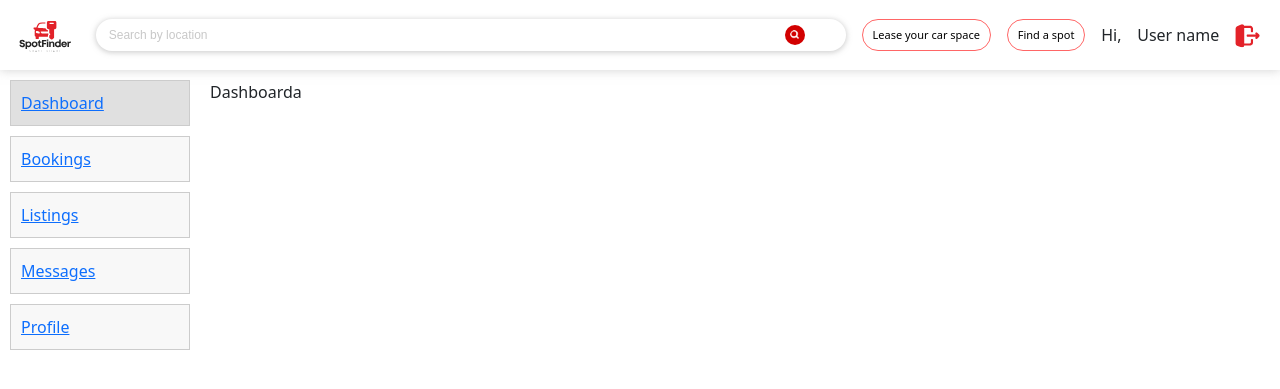
Repository: UNSWSpotFinder/SpotFinder
Page: /dashboard (app in frontend/)
The author's editor kept a copy of each file at every save. The page is drawn from the files as they stood at one save, then again after the next save.
The browser window is 1280 px wide. The pictures show the whole page.
The project was rebuilt for these pictures with package versions that can differ from the ones it lists, and the page was loaded fresh each time. Also part of the build but not shown: frontend/src/Login.css, frontend/src/Login.jsx, frontend/src/Regist.css, frontend/src/Regist.jsx, frontend/src/HomePage.jsx, frontend/src/App.css, frontend/src/components/Bookings.jsx, frontend/src/components/Listings.jsx and 2 more.

Above is the page before, as saved 2024-03-09 20:20:04.

### frontend/src/App.jsx
import logo from './logo.svg';
import React, {
  useState,
  useEffect,
  useRef,
  ChangeEvent,
  LabelHTMLAttributes,
  createContext,
  useContext,
  ReactNode,
} from 'react';
import {HomePageLarge,HomePageAdminSmall,HomePageAdminLarge,HomePageSmall} from './HomePage';
import { ErrorProvider, GlobalSnackbar, ErrorContext } from './API';
import { BrowserRouter, Routes, Route, Link } from 'react-router-dom';
import './App.css';

// 导入Dashboard相关页面组件
import DashboardTop from './components/DashboardTop';
import Dashboard from './components/Dashboard';
import Bookings from './components/Bookings';
import Listings from './components/Listings';
import Profile from './components/Profile';
import Messages from './components/Messages';

function App() {
  const [windowWidth, setWindowWidth] = useState(window.innerWidth);
  useEffect(() => {
    // 添加一个事件监听器，以便在窗口大小改变时更新windowWidth状态
    const handleResize = () => {
      setWindowWidth(window.innerWidth);
    };
    window.addEventListener('resize', handleResize);
    // 清除事件监听器以避免内存泄漏
    return () => {
      window.removeEventListener('resize', handleResize);
    };
  }, []);
  let layoutComponentHost;
  let LayoutComponentHome;
  let LayoutDetail;
  if (windowWidth > 760) {
    layoutComponentHost = null;
    LayoutComponentHome = <HomePageLarge/>;
    LayoutDetail = null;
  } else {
    layoutComponentHost = null;
    LayoutComponentHome = <HomePageSmall/>;;
    LayoutDetail = null;
  }
  return(
    <ErrorProvider>
      <GlobalSnackbar/>
        <BrowserRouter>
          <Routes>
            <Route path="/user/*" element={LayoutComponentHome} />
            {/* DashboardTop作为父路由 */}
            <Route path="/dashboard" element={<DashboardTop />}>
            <Route index element={<Dashboard />} />
            <Route path="bookings" element={<Bookings />} />
            <Route path="listings" element={<Listings />} />
            <Route path="messages" element={<Messages />} />
            <Route path="profile" element={<Profile />} />
          </Route>
            {/* Keep the wildcard route to catch all and render Home */}
            <Route path="/*" element={LayoutComponentHome} />
          </Routes>
        </BrowserRouter>
    </ErrorProvider>
  )
}

export default App;

### frontend/src/API.jsx
import Alert from '@mui/material/Alert';
import Snackbar from '@mui/material/Snackbar';
import Button from '@mui/material/Button';
import Stack from '@mui/material/Stack';
import React, { useState, useEffect, createContext,useContext } from 'react';

import { styled } from '@mui/material';
const port = '8080';
export const meetErrorLog = (error) => {
    console.log(error);
    let errorText = '';
    // switch case to show the error
    switch (error) {
      case 'info':
        errorText = 'Invalid username or password !';
        break;
      case 'access':
        errorText = 'No permission, please log in first!';
        break;
      default:
        errorText = 'Network error! Please try again.';
        break;
    }
    return errorText;
  };
export const ErrorContext = createContext({
    snackbarData: { severity: 'info', message: '1',timestamp: new Date().getTime()},
    setOpenSnackbar: () => {}, // 提供一个空函数避免调用时出错
  });
export const useError = () => useContext(ErrorContext);
export const ErrorProvider = ({ children }) => {
  const [snackbarData, setSnackbarData] = useState({
    severity: 'success',
    message: '',
    timestamp: new Date().getTime()
  });
  const setOpenSnackbar = (data) => {
    setSnackbarData(data);
  };
  return (
    <ErrorContext.Provider value={{snackbarData,setOpenSnackbar}}>
      {children}
    </ErrorContext.Provider>
  );
};
// The message to be displayed in the Snackbar
export const GlobalSnackbar = () => {
const { snackbarData, setOpenSnackbar } = useError();
// State to manage the visibility of the Snackbar
const [open, setOpen] = useState(false);
  useEffect(() => {
    console.log('Alert severity:', snackbarData.severity);
    console.log('Alert :', snackbarData.message);
    if (snackbarData.message) {
      setOpen(true);
    }
  }, [snackbarData.message, snackbarData.timestamp]);

  const handleClose = (event, reason) => {
    if (reason === 'clickaway') {
      return;
    }
    setOpen(false);
  };

return (
    // Snackbar component with automatic hiding and custom styling
    <Snackbar open={open} autoHideDuration={6000} onClose={handleClose}>
        <Alert onClose={handleClose} severity={snackbarData.severity}>
        {snackbarData.message}
        </Alert>
  </Snackbar>
);
};
export const callAPIsendEmailCode = (path,input)=>{
    return new Promise((resolve, reject) =>{
        fetch('http://localhost:'+String(port)+'/'+String(path),{
        method:'POST',
        headers: { 'Content-Type': 'application/json' },
        body:JSON.stringify(input),
        })
        .then((response)=>{
            if(response.ok){
                console.log('success');
                console.log(response);
                return resolve(response);
            }
            else if (response.status===400){
                const errorReason = 'Email not correct!';
                return reject(errorReason);
            }
            else{
                const errorReason = 'There is a problem with the network connection!';
                return reject(errorReason);
            }
        })
        .catch((error)=>{
            console.log(error);
        })
    })

}
export const callAPIverifyEmailCode = (path,input)=>{
    return new Promise((resolve, reject) =>{
        console.log(input);
        console.log('http://localhost:'+String(port)+'/'+String(path));
        fetch('http://localhost:'+String(port)+'/'+String(path),{
        method:'POST',
        headers: { 'Content-Type': 'application/json' },
        body:JSON.stringify(input),
        })
        .then((response)=>{
            if(response.ok){
                console.log('success');
                return resolve(response.json());
            }
            else if (response.status===400){
                const errorReason = 'Incorrect verification code.';
                return reject(errorReason);
            }
            else{
                const errorReason = 'There is a problem with the network connection!';
                return reject(errorReason);
            }
        })
        .catch((error)=>{
            console.log(error);
        })
    })

}
export const callAPIloginUser=(path,input)=>{

}
// 用户注册
export const callAPIRegistUser=(path,input)=>{
     return new Promise((resolve, reject) =>{
        console.log(input);
        console.log('http://localhost:'+String(port)+'/'+String(path));
        fetch('http://localhost:'+String(port)+'/'+String(path),{
        method:'POST',
        headers: { 'Content-Type': 'application/json' },
        body:JSON.stringify(input),
        })
        .then((response)=>{
            if(response.ok){
                console.log('success');
                return resolve(response.json());
            }
            else if (response.status===417){
                const errorReason = 'This email has been registed!';
                return reject(errorReason);
            }
            else{
                const errorReason = 'There is a problem with the network connection!';
                return reject(errorReason);
            }
        })
        .catch((error)=>{
            console.log(error);
        })
    })
}
// 用户登录
export const callAPILoginUser=(path,input)=>{
    return new Promise((resolve, reject) =>{
       console.log(input);
       console.log('http://localhost:'+String(port)+'/'+String(path));
       fetch('http://localhost:'+String(port)+'/'+String(path),{
       method:'POST',
       headers: { 'Content-Type': 'application/json' },
       body:JSON.stringify(input),
       })
       .then((response)=>{
           if(response.ok){
               console.log('success');
               return resolve(response.json());
           }
           else if (response.status===401){
               const errorReason = 'Username does not exist or password is incorrect!';
               return reject(errorReason);
           }
           else{
               const errorReason = 'There is a problem with the network connection!';
               return reject(errorReason);
           }
       })
       .catch((error)=>{
           console.log(error);
       })
   })
}
// 密码修改
export const callAPIResetPwdUser=(path,input)=>{
    return new Promise((resolve, reject) =>{
       console.log(input);
       console.log('http://localhost:'+String(port)+'/'+String(path));
       fetch('http://localhost:'+String(port)+'/'+String(path),{
       method:'POST',
       headers: { 'Content-Type': 'application/json' },
       body:JSON.stringify(input),
       })
       .then((response)=>{
           if(response.ok){
               console.log('success');
               return resolve(response.json());
           }
           else if (response.status===401){
               const errorReason = 'Username does not exist or password is incorrect!';
               return reject(errorReason);
           }
           else{
               const errorReason = 'There is a problem with the network connection!';
               return reject(errorReason);
           }
       })
       .catch((error)=>{
           console.log(error);
       })
   })
}

### frontend/src/components/DashboardTop.jsx
import React from 'react';
import { NavLink, Outlet } from 'react-router-dom';
import './DashboardTop.css';
import '../HomePage.css';

const DashboardTop = () => {
  return (
    <div className="dashboard-top">
      <div className="Navbar">
        {/* Logo图像 */}
        <img src='/img/LOGO.svg' className='Applogo'></img>
        {/* 搜索区域 */}
        <div className='SearchPart'>
          <img className='searchbtn' src='/img/search.png'></img>
          <input className='Searchbar' placeholder='Search by location'></input>
        </div>
        <button className='top-button'>Lease your car space</button>
        <button className='top-button'>Find a spot</button>
        <span>Hi, </span>
        <span>User name </span>
        <button className="button-with-image">
          <img src='/img/SignOut.svg' alt='Sign Out' className='sign-out-img' />
        </button>
      </div>

      {/* Top以下区域 */}
      <div className="content-area">
        {/* 侧边栏 */}
        <div className="side-nav">
          <NavLink to="/dashboard" className={({ isActive }) => isActive ? 'side-nav-spcific active' : 'side-nav-spcific'}>Dashboard</NavLink>
          <NavLink to="/dashboard/bookings" className={({ isActive }) => isActive ? 'side-nav-spcific active' : 'side-nav-spcific'}>Bookings</NavLink>
          <NavLink to="/dashboard/listings" className={({ isActive }) => isActive ? 'side-nav-spcific active' : 'side-nav-spcific'}>Listings</NavLink>
          <NavLink to="/dashboard/messages" className={({ isActive }) => isActive ? 'side-nav-spcific active' : 'side-nav-spcific'}>Messages</NavLink>
          <NavLink to="/dashboard/profile" className={({ isActive }) => isActive ? 'side-nav-spcific active' : 'side-nav-spcific'}>Profile</NavLink>

        </div>
        {/* 主要内容区域 */}
        <div className="main-content">
          <Outlet />
        </div>
      </div>
    </div>
  );
};

export default DashboardTop;

### frontend/src/components/Dashboard.jsx
import React from 'react';
import DashboardTop from './DashboardTop';

const Dashboard = () => {
  // 组件的状态和逻辑

  return (
    <div className='Dashboard'>
      {/* 组件的JSX结构 */}
      Dashboarda
    </div>
  );
}

export default Dashboard;

### frontend/src/HomePage.css
.HomeOverall {
    width: 100%;
    height: 100%;
    margin: 0px;
    padding: 0px;
    display: flex;
    flex-direction: column;
    align-items: center;
}
div.Navbar{
    width: 100%;
    height: 70px;
    margin: 0px 0px 0px 0px;
    padding: 0px 10px 0px 0px;
    display: flex;
    align-items: center;
    justify-content: space-between;
    box-shadow: 0px 0px 10px 0px rgba(164, 164, 164, 0.5);
}
div.SearchPart{
    width: calc(100% - 520px);
    min-width: 200px;
    height: 100%;
    margin: 0px;
    padding: 0px;
    display: flex;
    justify-content: center;
    align-items: center;
    align-content: center;
    flex-direction: row;
}
div.SearchPartsmall{
    width: calc(100% - 320px);
    height: 100%;
    margin: 0px;
    padding: 0px;
    display: flex;
    justify-content: center;
    align-items: center;
    align-content: center;
    flex-direction: row;
}
input.Searchbar{
    width: 100%;
    border-radius: 25px;
    padding-left: 13px;
    height: 45%;
    border: 0px;
    transition: box-shadow 0.3s;
    box-shadow: 0px 1px 5px 1px rgba(170, 170, 170, 0.5);
    position: relative;
    font-size: 12px;
    font-family:Arial, Helvetica, sans-serif;
}
input.Searchbar::placeholder{
    color: rgb(200, 200, 200);
}
img.searchbtn{
    border-radius: 20px;
    width: 20px;
    height: 20px;
    margin: 0px 0px 0px 10px;
    padding: 5px;
    right: 475px;
    position: absolute;
    z-index: 1;
    background-color: rgb(210, 0, 0);
    cursor: pointer;
}
img.searchbtnsmall{
    border-radius: 20px;
    width: 20px;
    height: 20px;
    margin: 0px;
    padding: 5px;
    right: 260px;
    position: absolute;
    z-index: 1;
    background-color: rgb(210, 0, 0);
    cursor: pointer;
}
input.Searchbar:hover{
    box-shadow: 0px 1px 10px 1px rgba(164, 164, 164, 0.5);
}
img.searchbtn:hover + .Searchbar {
    box-shadow: 0px 1px 10px 1px rgba(164, 164, 164, 0.5);
}
img.searchbtnsmall:hover + .Searchbar {
    box-shadow: 0px 1px 10px 1px rgba(164, 164, 164, 0.5);
}
button.newspace{
    border-radius: 30px;
    min-width: 200px;
    max-width: 200px;
    font-weight: bold;
    border: 0px;
    margin-left: 20px;
    height: 50%;
    background-color: rgb(250, 250, 250);
    border: 1px solid rgb(230, 230, 230);
    color: rgb(114, 114, 114);
    transition: 0.3s;
    font-size: 12px;
    cursor: pointer;
}
button.newspace:hover{
    color: rgb(0, 0, 0);
    background-color: rgb(230, 230, 230);
}
div.signwarper{
    margin: 0px 10px 0px 0px;
    height: 100%;
    display: flex;
    align-items: center;
}
button.sign{
    border-radius: 5px;
    width: 100px;
    font-weight: bold;
    border: 0px;
    margin-left:15px;
    height: 50%;
    background-color: rgb(255, 255, 255);
    border: 1px solid rgb(0, 0, 0);
    transition: 0.3s;
    font-size: 12px;
    cursor: pointer;
}
button.sign:hover{
    background-color: rgb(230, 230, 230);
}
input:focus {
    outline: none;
}
img.Applogo{
    height: 100%;
    margin: 0px 0px 0px 10px;
}
p.image-container-title{
    font-weight: 800;
    font-family: Arial;
    position: absolute;
    top: calc(10vw); /* 根据需要调整 */
    left: 5%; /* 根据需要调整 */
    width: 60%;
    color: rgb(0, 0, 0); /* 文字颜色 */
}
p.image-container-title-small{
    font-weight: 800;
    font-size: 20px;
    font-family: Arial;
    position: absolute;
    top: calc(15vw); /* 根据需要调整 */
    left: 5%; /* 根据需要调整 */
    width: 60%;
    color: rgb(0, 0, 0); /* 文字颜色 */
}
p.image-container-sub{
    font-weight: 400;
    font-family: Arial;
    position: absolute;
    left: 5%; /* 根据需要调整 */
    color: rgb(0, 0, 0); /* 文字颜色 */
}
p.image-container-sub-small{
    font-size: 12px;
    font-weight: 400;
    width: 44%;
    top: calc(28vw);
    font-family: Arial;
    position: absolute;
    left: 5%; /* 根据需要调整 */
    color: rgb(0, 0, 0); /* 文字颜色 */
}
p.image-container-txt{
    font-weight: 200;
    font-family: Arial;
    position: absolute;
    left: 5%; /* 根据需要调整 */
    width: 40%;
    color: rgb(0, 0, 0); /* 文字颜色 */
}
p.image-container-txt-small{
    font-size: 12px;
    font-weight: 400;
    width: 40%;
    top: calc(42vw);
    font-weight: 200;
    font-family: Arial;
    position: absolute;
    left: 5%; /* 根据需要调整 */
    color: rgb(0, 0, 0); /* 文字颜色 */
}
@media (max-width: 1200px) {
    p.image-container-sub{
        font-size: 19.0px;
        top: calc(25vw); /* 根据需要调整 */
        width: 45%;
    }
    p.image-container-txt{
        font-size: 20px;
        top: calc(40vw); /* 根据需要调整 */
    }
    p.image-container-title{
        font-size: 30px;
    }
}
@media (min-width: 1200px) {
    p.image-container-sub{
        font-size: 25px;
        width: 40%;
        top: calc(24vw); /* 根据需要调整 */
    }
    p.image-container-txt{
        font-size: 25px;
        top: calc(38vw); /* 根据需要调整 */
    }
    p.image-container-title{
        font-size: 45px;
    }
}

div.FilterPart{
    height: 80px;
    width: 100%;
    padding: 5px;
    background-color: #f9f9f9;
    display: flex;
    justify-content: space-between;
    align-items:center;
}
div.FilterPart-small{
    height: 155px;
    width: 100%;
    background-color: #f9f9f9;
    display: flex;
    flex-direction: column;
    justify-content: space-between;
    padding: 10px 10px 10px 10px;
    border-bottom: 1px solid rgb(238, 238, 238);
}

div.filter-top{
    display: flex;
    align-items: center;
    justify-content: space-between;
}
div.inner-left{
    display: flex;
    flex-direction: column;
    height: 100%;
    margin-right: 20px;
}
select.mglr{
    margin: 0px 5px 0px 0px;
    width: 10%;
    min-width: 130px;
    height: 70%;
    font-size: 12px;
    border-radius: 20px;
}
select.mglr-s{
    margin: 0px 5px 5px 0px;
    width: 10%;
    min-width: 130px;
    font-size: 12px;
    border-radius: 20px;
}
select.mglr-r{
    margin: 0px 5px 0px 0px;
    width: 10%;
    min-width: 90px;
    height: 70%;
    font-size: 12px;
    border-radius: 20px;
}
select.mglr-s-r{
    margin: 0px 5px 0px 0px;
    width: 100px;
    min-width: 90px;
    height: 70%;
    font-size: 12px;
    border-radius: 20px;
}
.popular{
    background-color: white !important;
    color: black !important;
}
div.pricerange{
    display: flex;
    flex-direction: column;
    height: 100%;
    justify-content: center;
    align-items: center;
    padding: 0px;
    margin: 0px;
    margin-left: 5px;
    align-items: center;
}
label.pricerange{
    font-size: 13px;
    font-weight: 500;
    color: black;
    padding: 0px;
}
input.pricerange{
    width: 50px;
    height: 50%;
    font-size: 14px;
    border-radius: 10px;
    border-width: 1px;
    border-style: solid;
    border-color: rgb(0, 0, 0);
    margin: 0px;
    padding: 0px 5px;
}
label.pricerange-s{
    font-size: 15px;
    font-weight: 500;
    color: black;
    padding: 0px 5px 0px 0px;
}
input.pricerange-s{
    height: 60%;
    width: 60%;
    font-size: 16px;
    border-radius: 10px;
    border-width: 1px;
    border-style: solid;
    border-color: rgb(0, 0, 0);
    margin: 0px 5px 0px 0px;
    padding: 0px 5px;
}
.timechoice{
    width: 20%;
    margin: 0px 5px 0px 0px;
}
.timechoice-s{
    margin: 0px 10px;
    width: 40%;
}
div.hflex{
    display: flex;
    height: 100%;
    align-items: center;
}
button.selectcar{
    width: 140px;
    font-size: 10px;
    height: 50px;
    background-color: black;
    color: white;
    font-weight: 500;
    border: 0px;
    border-radius: 10px;
    transition: 0.3s;
    margin-left: 5px;
}
button.selectcar:hover{
    background-color: rgb(55, 55, 55);
    color: rgb(255, 255, 255);
}
div.marginLR{
    display: flex;
    margin: 0px 5px;
    width: 100%;
}
div.ListingPart{
    width: 100%;
    margin-top: 15px;
    margin-bottom: 15px;
    padding: 0px 0px 0px 10px;
    display: flex;
    flex-wrap: wrap;
}
div.SpaceOverall{
    height: 135px;
    box-shadow: 0px 0px 10px 0px rgba(164, 164, 164, 0.5);
    border-radius: 10px;
    display: flex;
    align-items: center;
    padding: 0px 7px;
    margin: 0px 10px 10px 0px;
}

@media (max-width: 800px) {
    div.SpaceOverall{
        width: calc(100vw - 15px);
        min-width: 385px;
    }
}

@media (max-width: 1200px) and (min-width:800px) {
    div.SpaceOverall{
        width: calc(50vw - 15px);
        min-width: 385px;
    }
}

@media (min-width: 1200px) {
    div.SpaceOverall{
        width: calc(33.33vw - 14px);
    }
}

img.spaceimg{
    border-radius: 12px;
    object-fit: cover;
}
div.info{
    height:90%;
    margin-left:10px ;
    width: 100%;
}
p.space-title{
    padding: 0px;
    margin: 0px;
    font-size: 16px;
    color: #555555;
}
p.space-price{
    padding: 0px;
    margin: 0px;
    font-size: 12px;
    margin-top: 4px;
    color: #7F7F7F;
}
p.space-location{
    padding: 0px;
    margin: 0px;
    font-size: 12px;
    margin-top: 2px;
    color: #7F7F7F;
}
p.space-type{
    padding: 0px;
    margin: 0px;
    font-size: 12px;
    margin-top: 2px;
    color: #7F7F7F;
    margin-bottom: 2px;
}
div.order-part{
    display: flex;
    margin-top: 7px;
}
img.order-times{
    width: 20px;
    height: 20px;
}
p.times{
    padding: 0px;
    margin: 0px 0px 0px 3px;
    font-size: 13px;
    color: #7F7F7F;
}
div.right-top{
    display: flex;
    flex-direction: row;
    justify-content: space-between;
    width: 100%;
}
div.right-bottom{
    display: flex;
    flex-direction: row;
    justify-content: space-between;
    width: 100%;
    height: 30px;
    margin-bottom: 5px;
}
div.rate-part{
    display: flex;
    justify-content: center;
}
img.rate-img{
    width: 20px;
    height: 20px;
    margin-right: 2px;
}
p.rate-txt{
    color: #333333;
    font-size: 14px;
    margin: 0px;
    padding: 0px;
}
button.specific-info{
    border: 0px;
    background-color:#E22229;
    border-radius: 5px;
    color: white;
    height: 30px;
    width: 180px;
    font-size: 12px;
    font-weight: 500;
    transition: 0.3s;
    margin: 1px 0px;
}
button.specific-info:hover{
    background-color:#ba191e;
}
div.filter-bottom{
    display: flex;
    align-items: center;
    justify-content: space-between;
}

### frontend/src/components/DashboardTop.css
/* DashboardTop.css */

/* 整体布局 */
.dashboard-top {
    display: flex;
    flex-direction: column;
    height: 100vh; /* 使布局填满整个视口高度 */
  }

/* 顶部导航部分 */
.top-button {
    padding: 7px 10px;
    border: 1px solid #f66;
    border-radius: 25px;
    outline: none;
    background-color: #fff;
    cursor: pointer;
    box-shadow: none;
    transition: box-shadow 0.3s;
    font-size: 11px;
  }

  .top-button:hover {
    box-shadow: 0 0 10px #f66; /* 鼠标悬停时的外部阴影 */
  }

  .top-button:active {
    box-shadow: inset 0 0 10px #f66; /* 点击时的内部阴影 */
  }
  .sign-out-img {
    height: 25px;
    margin-right: 10px;
  }

  .button-with-image {
    background: none; /* 无背景 */
    border: none; /* 无边框 */
    padding: 0; /* 无内边距 */
  }




/* TODO: */
/* Top以下区域，包含侧边导航和主内容区 */
   .content-area {
    display: flex;
    flex-grow: 1; /* 占据剩余空间 */
  }

/* 侧边导航样式 */
  .side-nav {
    display: flex;
    flex-direction: column;
    width: 200px; /* 定宽 */
    padding: 10px; /* 内边距 */
  }

  .side-nav-spcific {
    background-color: #f5f5f5; /* 浅色背景 */
    margin-bottom: 10px;
    padding: 10px; /* 内边距 */
    border: 1px solid #cccccc; /* 添加底部边框 */
    background-color: #f8f8f8; /* 初始背景颜色 */
    cursor: pointer; /* 鼠标悬停时变为手形图标 */
    transition: background-color 0.3s, box-shadow 0.3s; /* 过渡动画效果 */
  }
  /* 鼠标悬停时的样式 */
  .side-nav-spcific:hover {
    background-color: #ffffff; /* 悬停时的背景颜色变为白色 */
    box-shadow: 0 0 10px rgba(0, 0, 0, 0.2); /* 悬停时的外部阴影效果 */
  }
  /* 点击时的样式 */
  .side-nav-spcific:active {
    box-shadow: inset 0 0 10px rgba(0, 0, 0, 0.2); /* 点击时的内部阴影效果 */
  }

  /* 当前激活的导航项样式 */
  .side-nav-spcific.active {
    background-color: #e0e0e0; /* 选中项的背景颜色 */
    /* 可以添加更多的样式来区分激活的导航项 */
  }

/* 主内容区域样式 */
  .main-content {
    flex-grow: 1; /* 占据剩余空间 */
    padding: 10px; /* 内边距 */
  }

Loaded but not shown: frontend/public/index.html (common file); frontend/src/index.js (common file); frontend/src/index.css (common file); frontend/src/reportWebVitals.js (common file)

After the next save:
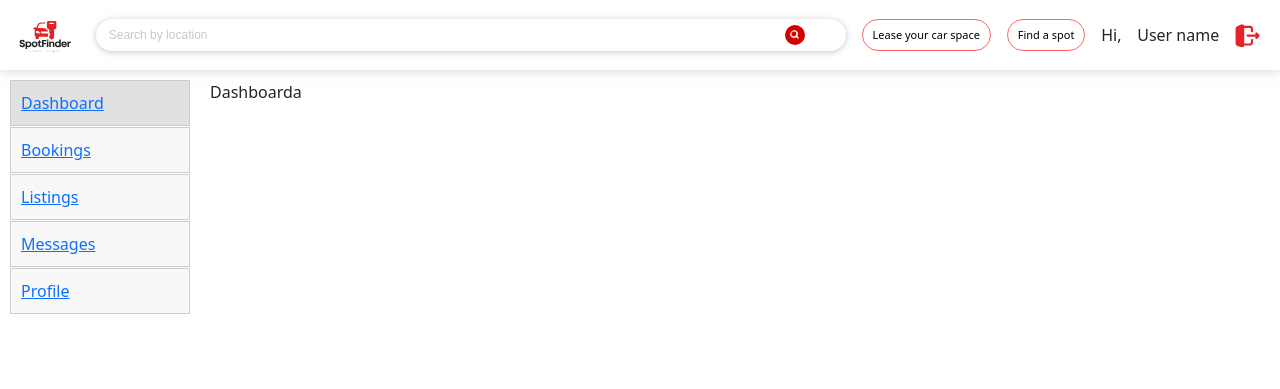
Saved 12 min 12 s later.
--- a/frontend/src/components/DashboardTop.css
+++ b/frontend/src/components/DashboardTop.css
@@ -58,7 +58,7 @@
 
   .side-nav-spcific {
     background-color: #f5f5f5; /* 浅色背景 */
-    margin-bottom: 10px;
+    margin-bottom: 1px;
     padding: 10px; /* 内边距 */
     border: 1px solid #cccccc; /* 添加底部边框 */
     background-color: #f8f8f8; /* 初始背景颜色 */
